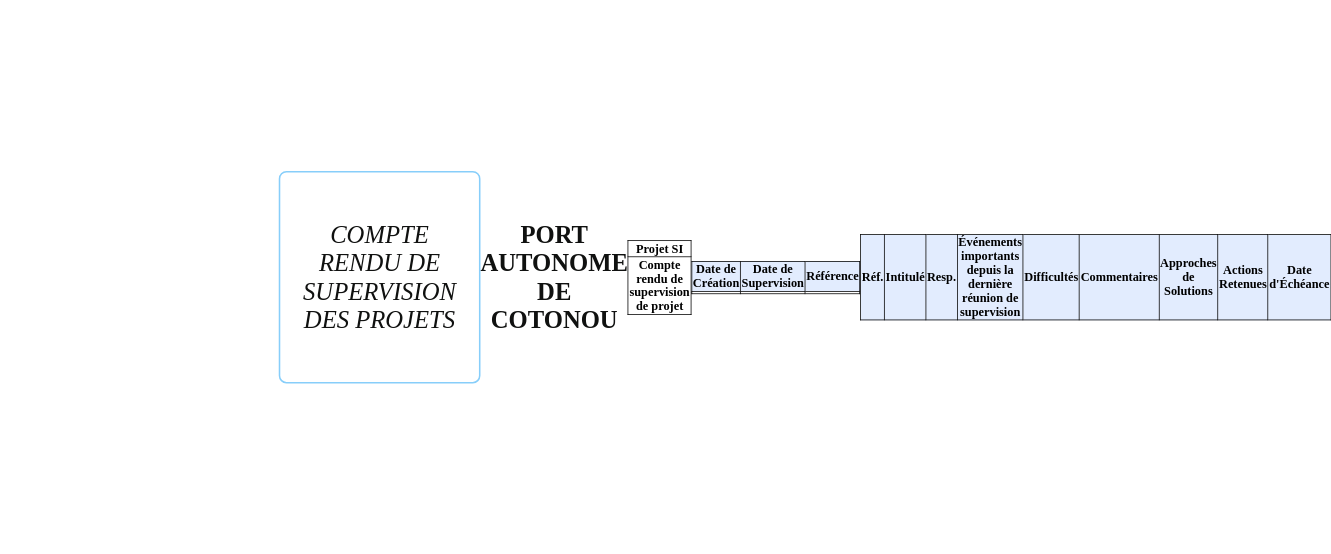
Repository: A2blackMZ/Project
Page: resources/views/report/seanceReport.blade.php
The author's editor kept a copy of each file at every save. The page is drawn from the files as they stood at one save, then again after the next save.
The browser window is 1280 px wide. The page is 1729 px wide, so the pictures cover 1729 px, including what lies to the right of the window. The pictures show the whole page, at 77% of full size.
The page is served by the project's Laravel application, run on PHP 8.4 with Laravel 10. Other server files are loaded and not shown. The template is opened directly, without the code that normally fills it, so the values that code supplies are empty.

Above is the page before, as saved 2024-04-04 10:18:52.

### app/Http/Controllers/API/AuthController.php
<?php

namespace App\Http\Controllers\API;

use App\Http\Controllers\Controller;
use Illuminate\Http\Request;
use Illuminate\Support\Facades\Hash;
use Illuminate\Support\Facades\Auth;
use App\Models\User;

class AuthController extends Controller
{
    public function register(Request $request)
    {
        // Validez les données du formulaire d'inscription
        $request->validate([
            'name' => 'required|string',
            'email' => 'required|email|unique:users',
            'password' => 'required|string|min:8',
        ]);

        // Créez un nouvel utilisateur
        $user = new User([
            'name' => $request->input('name'),
            'email' => $request->input('email'),
            'password' => Hash::make($request->input('password')),
        ]);

        // Enregistrez l'utilisateur dans la base de données
        $user->save();

        // Générez un jeton d'accès pour l'utilisateur nouvellement inscrit
        $token = $user->createToken('MyAppToken')->accessToken;

        // Réponse avec le jeton d'accès et les informations de l'utilisateur
        return response()->json([
            'message' => 'Inscription réussie',
            'user' => $user,
            'access_token' => $token,
        ], 201); // Code de réponse 201 pour la création réussie
    }


    public function login(Request $request)
    {
        // Validez les données de connexion
        $request->validate([
            'email' => 'required|email',
            'password' => 'required|string',
        ]);

        // Tentez de connecter l'utilisateur
        if (Auth::attempt(['email' => $request->input('email'), 'password' => $request->input('password')])) {
            // Authentification réussie, générez un jeton d'accès pour l'utilisateur
            $user = Auth::user();
            $token = $user->createToken('MyAppToken')->accessToken;

            // Réponse avec le jeton d'accès et les informations de l'utilisateur
            return response()->json([
                'message' => 'Authentification réussie',
                'user' => $user,
                'access_token' => $token,
            ], 200); // Code de réponse 200 pour la réussite de l'authentification
        } else {
            // Échec de l'authentification
            return response()->json([
                'message' => 'Échec de l\'authentification',
            ], 401); // Code de réponse 401 pour l'échec de l'authentification
        }
    }

    public function user(Request $request)
    {
        return $request->user();
    }

    public function logout()
    {
        Auth::user()->tokens->each(function ($token, $key) {
            $token->delete();
        });

        return response()->json(['message' => 'Déconnexion réussie']);
    }

    public function getUser()
    {
        $user = Auth::user();

        return response()->json(['user' => $user]);
    }

    public function getUserInfo(Request $request)
    {
        $user = $request->user(); // Récupérez l'utilisateur à partir du jeton d'accès
        $userInfo = [
            'id' => $user->id,
            'name' => $user->name,
        ];

        return response()->json($userInfo);
    }
}

### routes/web.php
<?php

use App\Http\Controllers\SeanceController;
use Illuminate\Support\Facades\Route;

/*
|--------------------------------------------------------------------------
| Web Routes
|--------------------------------------------------------------------------
|
| Here is where you can register web routes for your application. These
| routes are loaded by the RouteServiceProvider and all of them will
| be assigned to the "web" middleware group. Make something great!
|
*/

Route::get('/', function () {
   return 'Je m\'appelle Shadrac';
    // return view('welcome');
});














Route::get('generate_pdf/{seanceId}', [SeanceController::class, 'generatePDF']);

Route::post('seances/{id}/generate-report', [SeanceController::class, 'generateReport']);

### resources/views/report/seanceReport.blade.php
<!DOCTYPE html>
<html lang="en">
<head>
    <meta charset="UTF-8">
    <title>Report de Séance</title>
    <style>
        .title-page {
            margin: 0;
            font-size: 2em; /* Taille du titre */
            text-align: center;
            color: #101110;
        }

        table {
            width: 100%;
            border-collapse: collapse;
        }
        table, th, td {
            border: 1px solid black;
        }
        th, td {
            border: 1px solid black;
            text-align: center;
        }
        th {
            background-color: #e2ecfe;
            font-weight: bold;
        }
        h1 {
            text-align: center;
            color: #101110;
        }

        body {
            margin: 0;
            display: flex;
            justify-content: center;
            align-items: center;
            height: 100vh;
            width: 395mm; /* Largeur A3 */
        }

        .card {
            width: 350px;
            padding: 30px;
            background-color: #ffffff;
            border: 2px solid #87CEFA;
            border-radius: 10px;
            margin-bottom: 500px;
            margin-top: 500px;
            margin-left: 40%;
        }


    </style>
</head>
<body>
    <div class="card">
        <div class="title-page">
            <p><em>COMPTE RENDU DE SUPERVISION DES PROJETS</em></p>
        </div>
    </div>

    <br><br>

    <h1>PORT AUTONOME DE COTONOU</h1>
    <br><br>
    <table>
        <tr color: #101110;>
            <td><strong>Projet SI</strong></td>
        </tr>
        <tr>
            <td><strong>Compte rendu de supervision de projet</strong></td>
        </tr>
    </table>

    <br><br>
    <table>
        <tr>
            <th>Date de Création</th>
            <th>Date de Supervision</th>
            <th>Référence</th>
        </tr>
        <tr>
            <td>{{ $seance->date_creation }}</td>
            <td>{{ $seance->date_supervision }}</td>
            <td>{{ $seance->reference }}</td>
        </tr>
    </table>

    <br><br>
    <table>
        <thead>
            <tr>
                <th>Réf.</th>
                <th>Intitulé</th>
                <th>Resp.</th>
                <th>Événements importants depuis la dernière réunion de supervision</th>
                <th>Difficultés</th>
                <th>Commentaires</th>
                <th>Approches de Solutions</th>
                <th>Actions Retenues</th>
                <th>Date d'Échéance</th>
            </tr>
        </thead>
        <tbody>
            @foreach($compteRendus as $index => $compteRendu)
                <tr>
                    @if ($index === 0)
                        <td rowspan="{{ count($compteRendus) }}">{{ $seance->reference }}</td>
                    @endif
                    <td>{{ $projets[$index]->nom }}</td>
                    <td>{{ $seance->nom_chef_projet }}</td>
                    <td>{!! $compteRendu->evenement !!}</td>
                    <td>{!! $compteRendu->difficultes !!}</td>
                    <td>{!! $compteRendu->commentaires !!}</td>
                    <td>{!! $compteRendu->approche_solution !!}</td>
                    <td>{!! $compteRendu->action_retenu !!}</td>
                    <td>{{ $compteRendu->date }}</td>
                </tr>
            @endforeach
        </tbody>
    </table>

</body>
</html>

Loaded but not shown: app/Http/Controllers/Controller.php (common file)

After the next save:
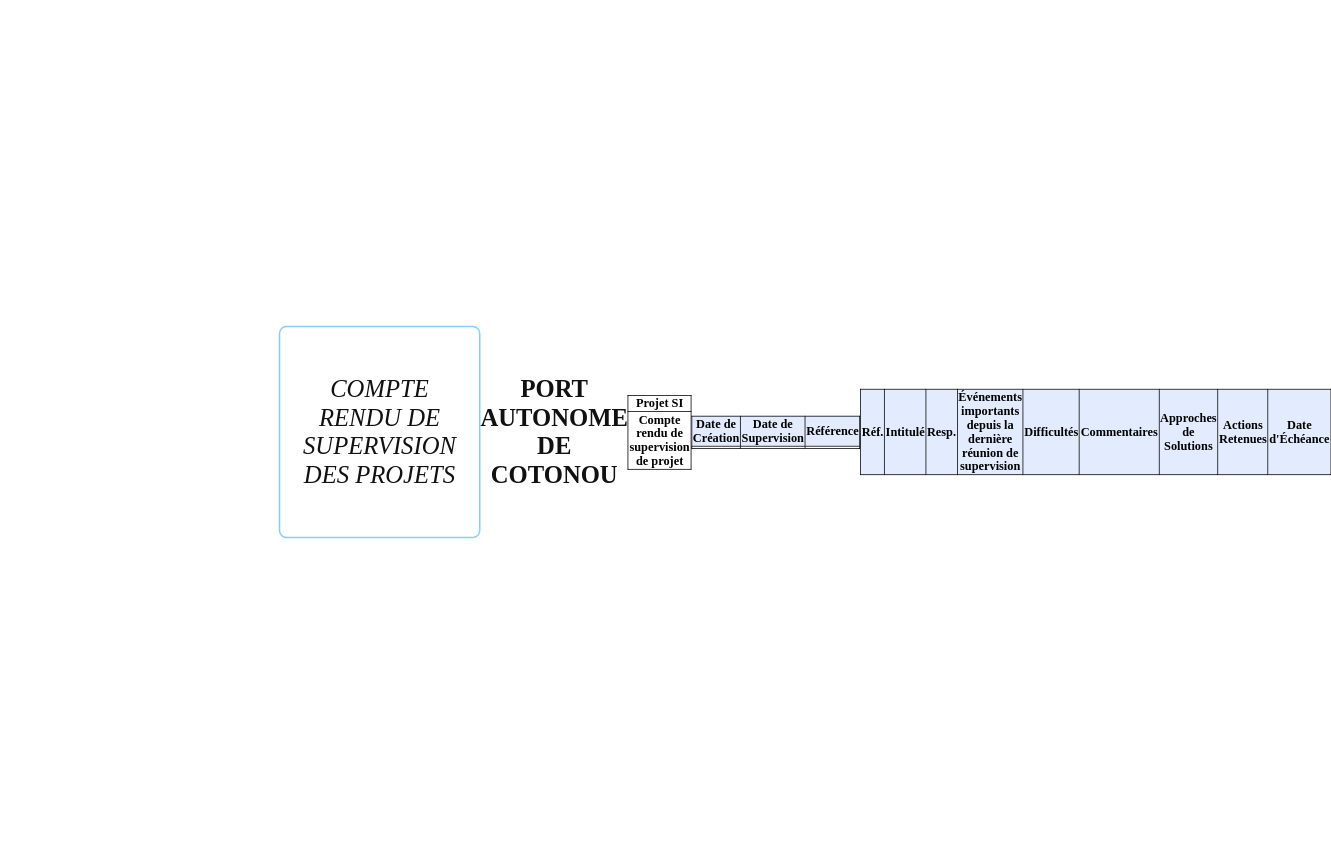
Saved 43 s later.
--- a/resources/views/report/seanceReport.blade.php
+++ b/resources/views/report/seanceReport.blade.php
@@ -38,6 +38,7 @@
             align-items: center;
             height: 100vh;
             width: 395mm; /* Largeur A3 */
+            height: 297mm; /* Hauteur A3 */
         }
 
         .card {
